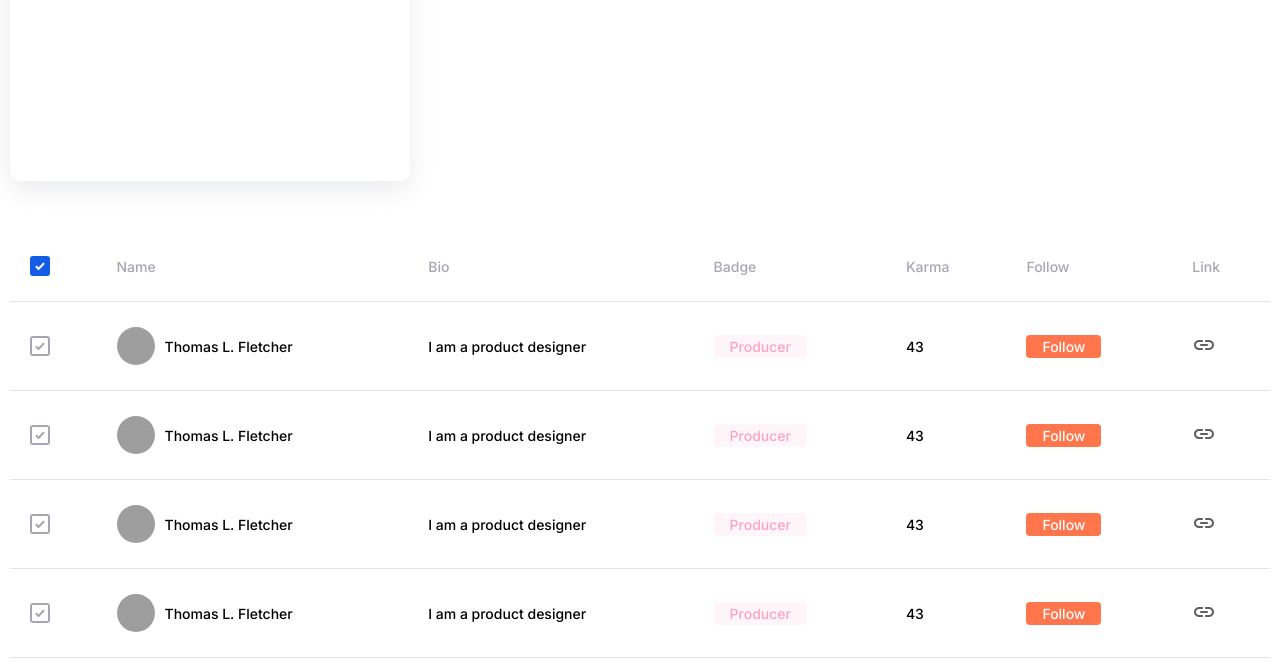
Repository: anhphapap/CSS
Page: test.html
These files come from the project's save history. The page is drawn as it stood at one moment and after the next save; the edit follows.
The browser window is 1280 px wide. The pictures show the part of the page from y = 642 to 1319 px (the page is 1310 px tall before and 1319 px after).
Pictures or frames that could not be fetched are drawn as grey boxes. A picture or video elsewhere on the page could not be fetched, so the positions and the page height are approximate.

Above is the page before, as saved 2023-04-09 19:51:10.

After the next save:
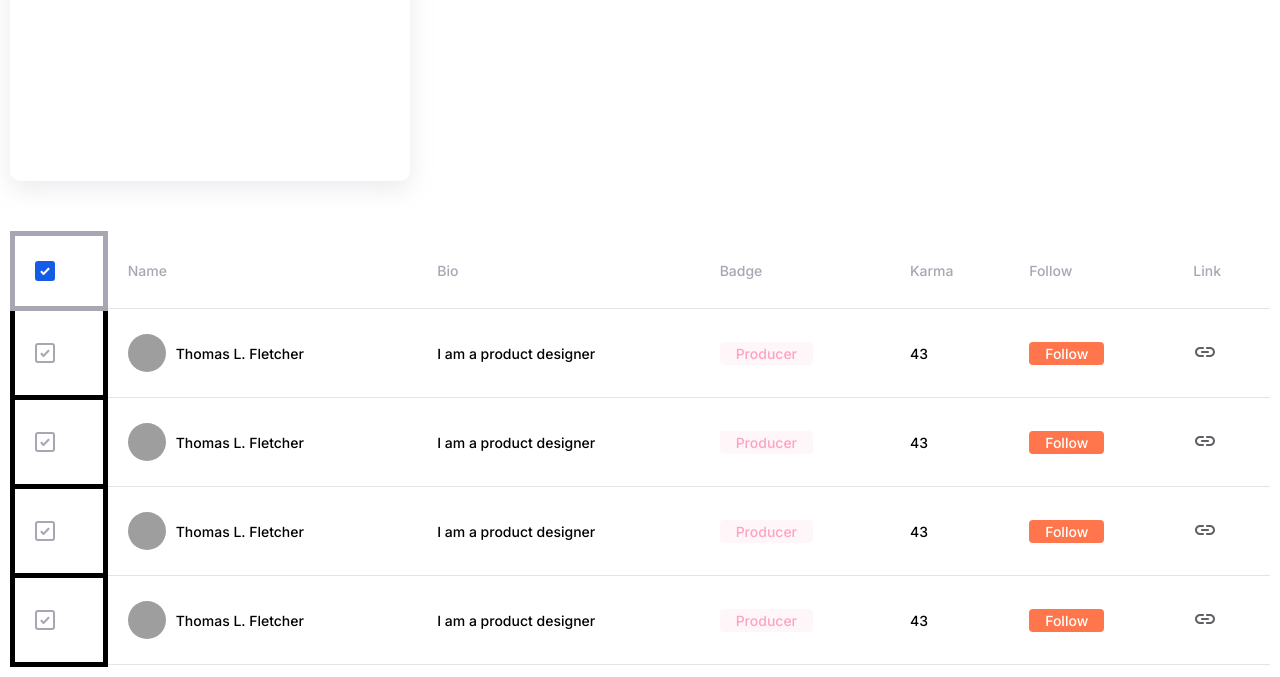
Saved 4 s later.
--- a/CSS/test.css
+++ b/CSS/test.css
@@ -287,7 +287,7 @@ table tbody td:first-child{
     top: 0;
     left: 0;
     background-color: white;
-    border:;
+    border:5px solid;
 }
 
 th{
